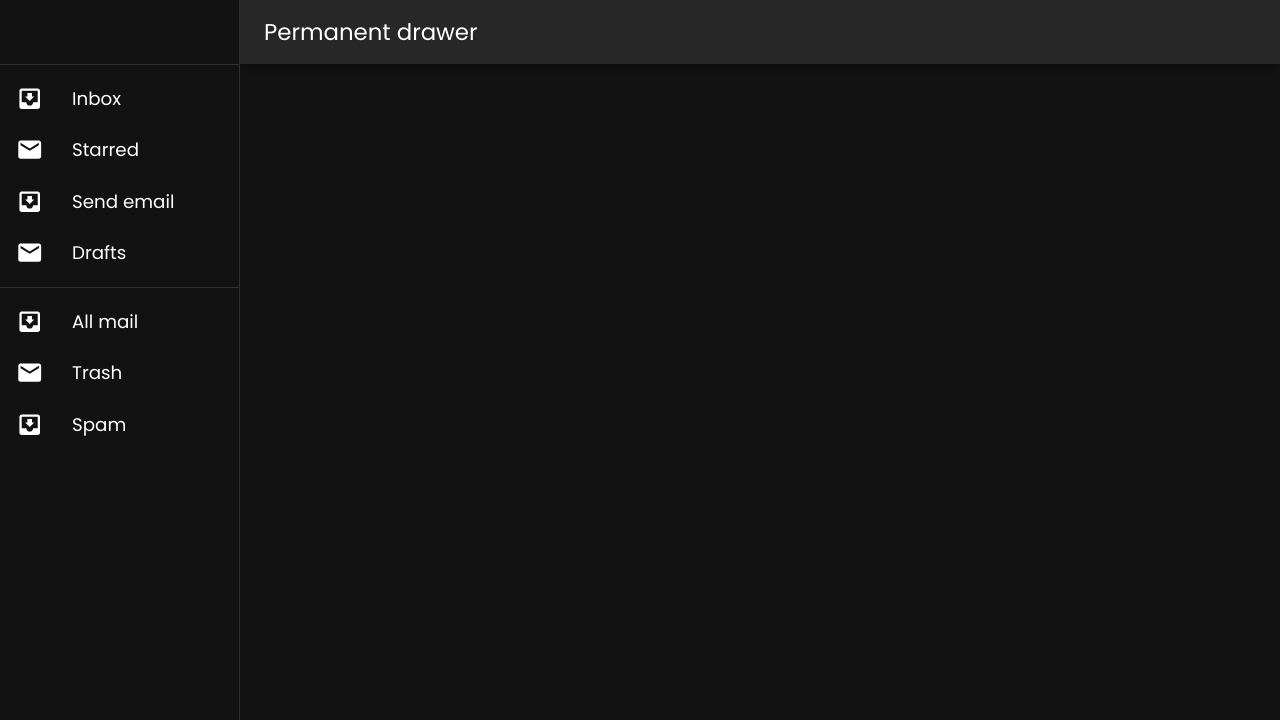
Repository: rutsguifd/the-movie-site
Page: /
The author's editor kept a copy of each file at every save. The page is drawn from the files as they stood at one save, then again after the next save.
The browser window is 1280 px wide. The pictures show the whole page.
The page's requests for data from a server got no answer. The project was rebuilt for these pictures with package versions that can differ from the ones it lists, and the page was loaded fresh each time. No one was signed in, and anything a server would have sent is missing. Also part of the build but not shown: src/components/MovieCard/MovieCard.tsx. Imported but missing from the stored project, and not drawn on this page: src/utils/constants.

Above is the page before, as saved 2023-06-23 23:01:08.

### public/index.html
<!DOCTYPE html>
<html lang="en">
  <head>
    <meta charset="utf-8" />
    <link rel="icon" href="%PUBLIC_URL%/favicon.ico" />
    <link rel="preconnect" href="https://fonts.googleapis.com">
    <link rel="preconnect" href="https://fonts.gstatic.com" crossorigin>
    <link href="https://fonts.googleapis.com/css2?family=Poppins:wght@100;200;300;400;600;700;800&display=swap" rel="stylesheet">
    <meta name="viewport" content="width=device-width, initial-scale=1" />
    <meta name="theme-color" content="#000000" />
    <meta
      name="description"
      content="Web site created using create-react-app"
    />
    <link rel="apple-touch-icon" href="%PUBLIC_URL%/logo192.png" />
    <!--
      manifest.json provides metadata used when your web app is installed on a
      user's mobile device or desktop. See https://developers.google.com/web/fundamentals/web-app-manifest/
    -->
    <link rel="manifest" href="%PUBLIC_URL%/manifest.json" />
    <!--
      Notice the use of %PUBLIC_URL% in the tags above.
      It will be replaced with the URL of the `public` folder during the build.
      Only files inside the `public` folder can be referenced from the HTML.

      Unlike "/favicon.ico" or "favicon.ico", "%PUBLIC_URL%/favicon.ico" will
      work correctly both with client-side routing and a non-root public URL.
      Learn how to configure a non-root public URL by running `npm run build`.
    -->
    <title>React App</title>
  </head>
  <body>
    <noscript>You need to enable JavaScript to run this app.</noscript>
    <div id="root"></div>
    <!--
      This HTML file is a template.
      If you open it directly in the browser, you will see an empty page.

      You can add webfonts, meta tags, or analytics to this file.
      The build step will place the bundled scripts into the <body> tag.

      To begin the development, run `npm start` or `yarn start`.
      To create a production bundle, use `npm run build` or `yarn build`.
    -->
  </body>
</html>

### src/index.tsx
import { CssBaseline } from "@mui/material";
import React from "react";
import ReactDOM from "react-dom/client";
import { Provider } from "react-redux";
import App from "./App";
import { setupStore } from "./store";
import { ColorModeContextProvider } from "./UIConfig/ThemeConfigProvider";

const store = setupStore();

const root = ReactDOM.createRoot(
  document.getElementById("root") as HTMLElement
);
root.render(
  <ColorModeContextProvider>
    <Provider store={store}>
      <CssBaseline>
        <App />
      </CssBaseline>
    </Provider>
  </ColorModeContextProvider>
);

### src/App.tsx
import TopRated from "./components/MovieLists/TopRated";
import PermanentDrawerLeft from "./layout/MainLayout";

function App() {
  return (
    <div>
      <PermanentDrawerLeft>
        <TopRated />
      </PermanentDrawerLeft>
    </div>
  );
}

export default App;

### src/store/index.ts
import { combineReducers, configureStore } from "@reduxjs/toolkit";
import { filmAPI } from "./services/FilmService";
import { api } from "./services";

const rootReducer = combineReducers({
  [filmAPI.reducerPath]: filmAPI.reducer,
});

export const setupStore = () => {
  return configureStore({
    reducer: rootReducer,
    middleware: (getDefaultMiddleware) => {
      return getDefaultMiddleware().concat(api.middleware);
    },
  });
};

export type RootState = ReturnType<typeof rootReducer>;
export type AppStore = ReturnType<typeof setupStore>;
export type AppDispatch = AppStore["dispatch"];

### src/UIConfig/ThemeConfigProvider.tsx
import { createTheme, ThemeProvider } from "@mui/material";
import { createContext, FC, useContext, useMemo, useState } from "react";

interface MyPaletteOptions {
  additional: {
    borderColor: string;
    shadowColor: string;
  };
}

declare module "@mui/material/styles/createPalette" {
  interface Palette extends MyPaletteOptions {}
  interface PaletteOptions extends MyPaletteOptions {}
}

interface IColorModeContext {
  toggleColorMode: () => void;
  mode: "dark" | "light";
}

const ColorModeContext = createContext<IColorModeContext>({
  toggleColorMode: () => {},
  mode: "light",
});

interface ColorModeContextProviderProps {
  children: React.ReactNode;
}

export const ColorModeContextProvider: FC<ColorModeContextProviderProps> = ({
  children,
}) => {
  const [mode, setMode] = useState<"light" | "dark">("dark");

  const colorMode = useMemo(
    () => ({
      toggleColorMode: () => {
        setMode((prevMode) => (prevMode === "light" ? "dark" : "light"));
      },
      mode,
    }),
    [mode]
  );

  const Theme = useMemo(
    () =>
      createTheme({
        typography: {
          fontFamily: "Poppins, sans-serif",
          fontSize: 16,
        },
        palette: {
          mode,
          primary: {
            light: "#D7DEFF",
            main: "#21201E",
            //dark: "#002884",
            contrastText: "#000",
          },
          secondary: {
            //light: "#ff7961",
            main: "#3459E5",
            //dark: "#ba000d",
            contrastText: "#fff",
          },
          additional: {
            borderColor: "#EFEFEF",
            shadowColor: "#EFEFEF",
          },
        },
      }),
    [mode]
  );

  return (
    <ColorModeContext.Provider value={colorMode}>
      <ThemeProvider theme={Theme}>{children}</ThemeProvider>
    </ColorModeContext.Provider>
  );
};

export const useColorMode = () => useContext(ColorModeContext);

### src/components/MovieLists/TopRated/index.ts
import { TopRated } from "./TopRated";

export default TopRated;

### src/layout/MainLayout.tsx
import * as React from "react";
import Box from "@mui/material/Box";
import Drawer from "@mui/material/Drawer";
import CssBaseline from "@mui/material/CssBaseline";
import AppBar from "@mui/material/AppBar";
import Toolbar from "@mui/material/Toolbar";
import List from "@mui/material/List";
import Typography from "@mui/material/Typography";
import Divider from "@mui/material/Divider";
import ListItem from "@mui/material/ListItem";
import ListItemButton from "@mui/material/ListItemButton";
import ListItemIcon from "@mui/material/ListItemIcon";
import ListItemText from "@mui/material/ListItemText";
import InboxIcon from "@mui/icons-material/MoveToInbox";
import MailIcon from "@mui/icons-material/Mail";
import { Props } from "@react-three/fiber";
import { Container } from "@mui/material";

const drawerWidth = 240;

export default function PermanentDrawerLeft({ children }: Props) {
  return (
    <Container sx={{ display: "flex" }}>
      <CssBaseline />
      <AppBar
        position="fixed"
        sx={{ width: `calc(100% - ${drawerWidth}px)`, ml: `${drawerWidth}px` }}
      >
        <Toolbar>
          <Typography variant="h6" noWrap component="div">
            Permanent drawer
          </Typography>
        </Toolbar>
      </AppBar>
      <Drawer
        sx={{
          width: drawerWidth,
          flexShrink: 0,
          "& .MuiDrawer-paper": {
            width: drawerWidth,
            boxSizing: "border-box",
          },
        }}
        variant="permanent"
        anchor="left"
      >
        <Toolbar />
        <Divider />
        <List>
          {["Inbox", "Starred", "Send email", "Drafts"].map((text, index) => (
            <ListItem key={text} disablePadding>
              <ListItemButton>
                <ListItemIcon>
                  {index % 2 === 0 ? <InboxIcon /> : <MailIcon />}
                </ListItemIcon>
                <ListItemText primary={text} />
              </ListItemButton>
            </ListItem>
          ))}
        </List>
        <Divider />
        <List>
          {["All mail", "Trash", "Spam"].map((text, index) => (
            <ListItem key={text} disablePadding>
              <ListItemButton>
                <ListItemIcon>
                  {index % 2 === 0 ? <InboxIcon /> : <MailIcon />}
                </ListItemIcon>
                <ListItemText primary={text} />
              </ListItemButton>
            </ListItem>
          ))}
        </List>
      </Drawer>
      <Box
        component="main"
        sx={{ flexGrow: 1, bgcolor: "background.default", p: 3 }}
      >
        <Toolbar />
        {children}
      </Box>
    </Container>
  );
}

### src/store/services/FilmService.ts
import { api } from ".";
import { ISearchResponse, SearchQuery } from "../responses/SearchResponse";

export const filmAPI = api.injectEndpoints({
  endpoints: (build) => ({
    getMovieBySearch: build.query<ISearchResponse, SearchQuery>({
      query: ({ searchQuery, page }) =>
        `search/movie?query=${searchQuery}&include_adult=false&language=en-US&page=${page}`,
    }),
    getTrendingMovies: build.query<ISearchResponse, void>({
      query: () => `trending/all/day?language=en-US`,
    }),
  }),
});

### src/store/services/index.ts
import { createApi, fetchBaseQuery } from "@reduxjs/toolkit/dist/query/react";

const BASE_URL = "https://api.themoviedb.org/3/";

export const api = createApi({
  reducerPath: "filmAPI",
  baseQuery: fetchBaseQuery({
    baseUrl: BASE_URL,
    prepareHeaders(headers) {
      headers.set(
        "Authorization",
        "Bearer eyJhbGciOiJIUzI1NiJ9.eyJhdWQiOiJhNDFjMTcyN2I3NWQ4YzBjMDBlZGQ5NmU2NDc4ZDBhMyIsInN1YiI6IjY0OTIwZDE0MmY4ZDA5MDExZDI1ZmQ2ZSIsInNjb3BlcyI6WyJhcGlfcmVhZCJdLCJ2ZXJzaW9uIjoxfQ.TFk7R2yjc0wHQoUW_71ZjR-zgj0yjSVv1IfFuRcpi0Q"
      );
    },
  }),
  tagTypes: ["Film"],
  endpoints: (build) => ({}),
});

### src/components/MovieLists/TopRated/TopRated.tsx
import { filmAPI } from "../../../store/services/FilmService";
import { MovieList } from "../../MovieList/MovieList";

export const TopRated = () => {
  const { data: movieList } = filmAPI.useGetTrendingMoviesQuery();
  return (
    <>
      <MovieList movieList={movieList} />
    </>
  );
};

### src/components/MovieList/MovieList.tsx
import { Grid } from "@mui/material";
import { FC } from "react";
import { ISearchResponse } from "../../store/responses/SearchResponse";
import MovieCard from "../MovieCard";

interface IMovieListProps {
  movieList?: ISearchResponse;
}

export const MovieList: FC<IMovieListProps> = ({ movieList }) => {
  console.log(movieList);

  return (
    <Grid
      container
      rowSpacing={2}
      columnGap={2}
      sx={{ justifyContent: "center" }}
    >
      {movieList?.results.map((movie) => (
        <Grid item xs="auto" key={movie.id}>
          <MovieCard movie={movie} />
        </Grid>
      ))}
    </Grid>
  );
};

### src/components/MovieCard/index.ts
import { MovieCard } from "./MovieCard";

export default MovieCard;

After the next save:
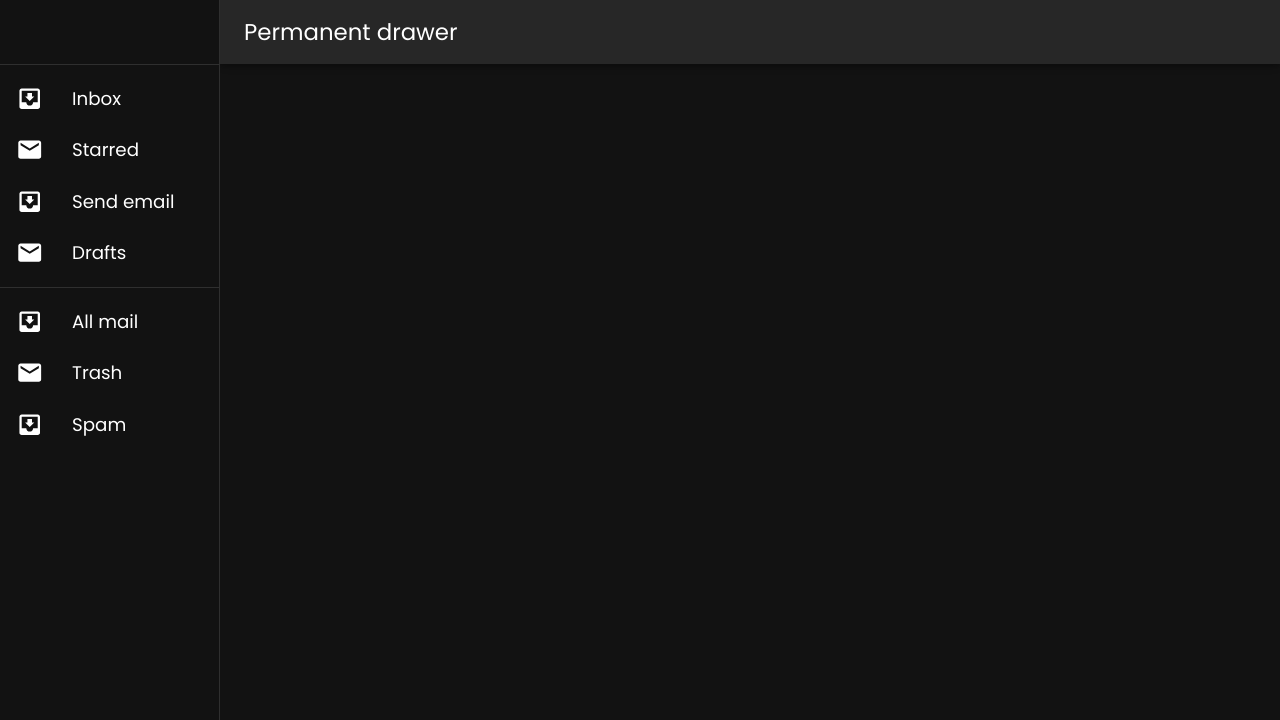
Saved 68 s later.
--- a/src/layout/MainLayout.tsx
+++ b/src/layout/MainLayout.tsx
@@ -16,7 +16,7 @@ import MailIcon from "@mui/icons-material/Mail";
 import { Props } from "@react-three/fiber";
 import { Container } from "@mui/material";
 
-const drawerWidth = 240;
+const drawerWidth = 220;
 
 export default function PermanentDrawerLeft({ children }: Props) {
   return (
